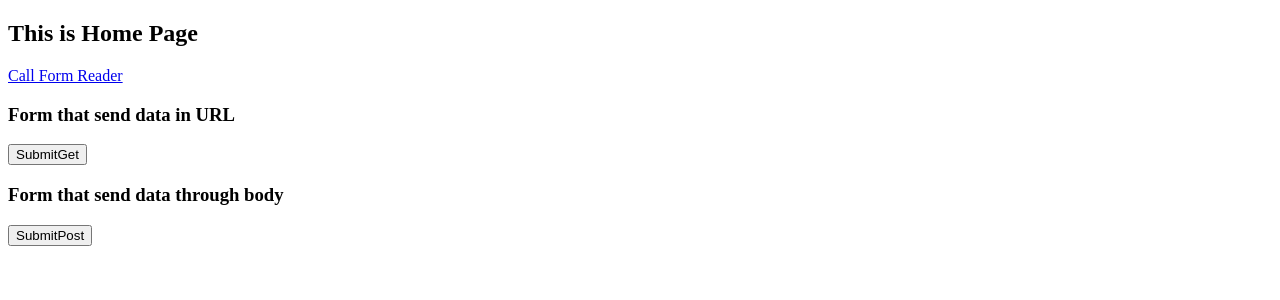
Repository: nikant20/Training
Page: javaee-web25/WebContent/home.html
An editor plug-in stored every save of this project. The page is shown before and after the next save, followed by the edit.
The browser window is 1280 px wide. The pictures show the whole page.

Above is the page before, as saved 2018-09-19 09:48:59.

After the next save:
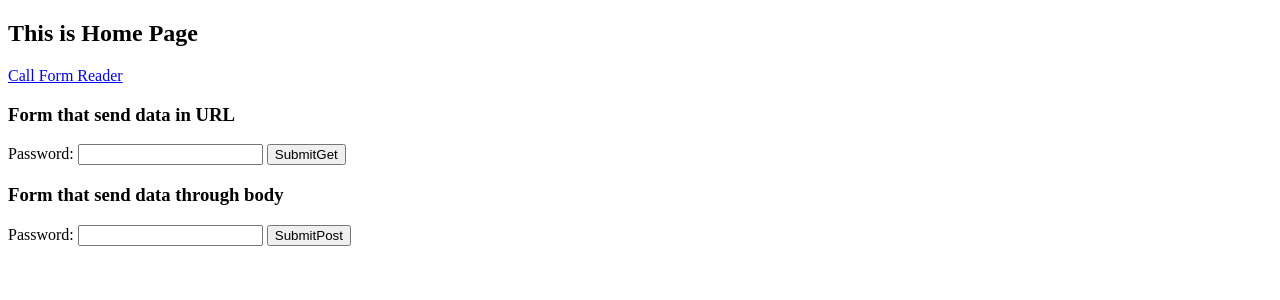
Saved 80 s later.
--- a/javaee-web25/WebContent/home.html
+++ b/javaee-web25/WebContent/home.html
@@ -8,12 +8,16 @@
 	<h2>This is Home Page</h2>
 
 	<a href="FormReaderServlet">Call Form Reader</a>
+
 	<h3>Form that send data in URL</h3>
 	<form action="FormReaderServlet">
+		Password: <input type="password" name="pass">
 		<input type="submit" value="SubmitGet">
 	</form>
+
 	<h3>Form that send data through body</h3>
 	<form action="FormReaderServlet" method="post">
+		Password: <input type="password" name="pass">
 		<input type="submit" value="SubmitPost">
 	</form>
 
